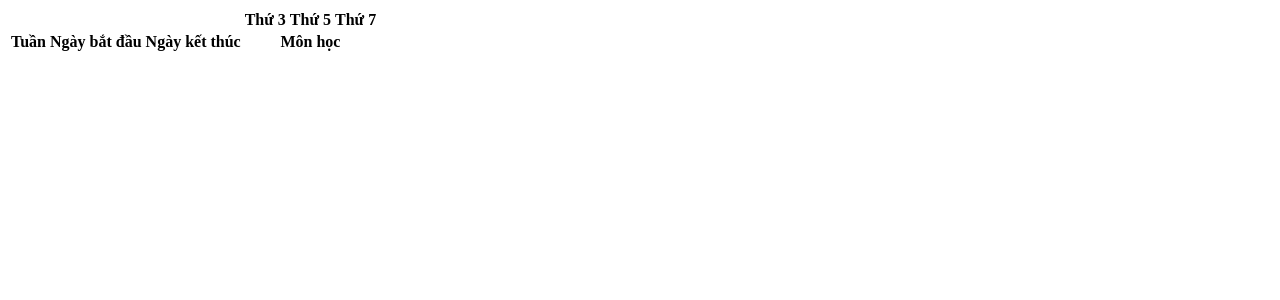
Repository: Lehuyhuynh/BT1-HTML
Page: index.html
The author's editor kept a copy of each file at every save. The page is drawn from the files as they stood at one save, then again after the next save.
The browser window is 1280 px wide. The pictures show the whole page.

Above is the page before, as saved 2023-08-06 21:05:39.

### index.html
<!DOCTYPE html>
<html lang="en">
<head>
  <meta charset="UTF-8">
  <meta name="viewport" content="width=device-width, initial-scale=1.0">
  <title>THỜI KHÓA BIỂU</title>
</head>
<body>

  <div>
    <table>
      <tr>
        <th colspan="3"></th>
        <th>Thứ 3</th>
        <th>Thứ 5</th>
        <th>Thứ 7</th>
      </tr>

      <tr>
        <th>Tuần</th>
        <th>Ngày bắt đầu</th>
        <th>Ngày kết thúc</th>
        <th colspan="3">Môn học</th>
      </tr>

      <tr>
        <td></td>
      </tr>

    </table>
  </div>

</body>
</html>

After the next save:
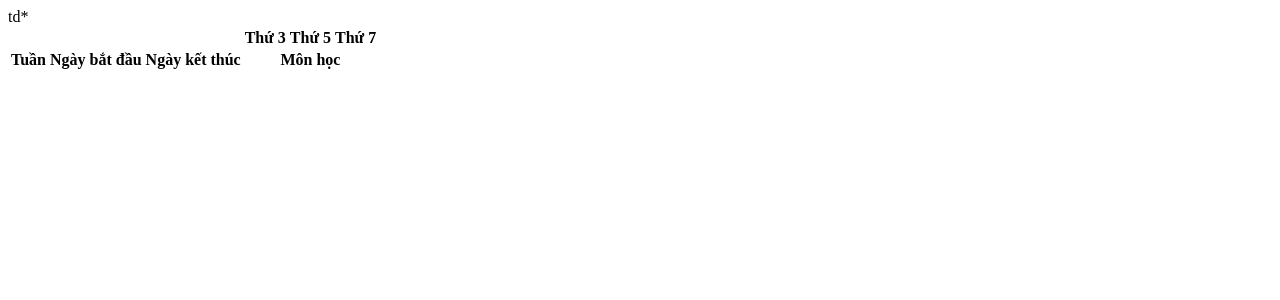
Saved 4 s later.
--- a/index.html
+++ b/index.html
@@ -24,7 +24,7 @@
       </tr>
 
       <tr>
-        <td></td>
+        td*
       </tr>
 
     </table>

After the save that followed:
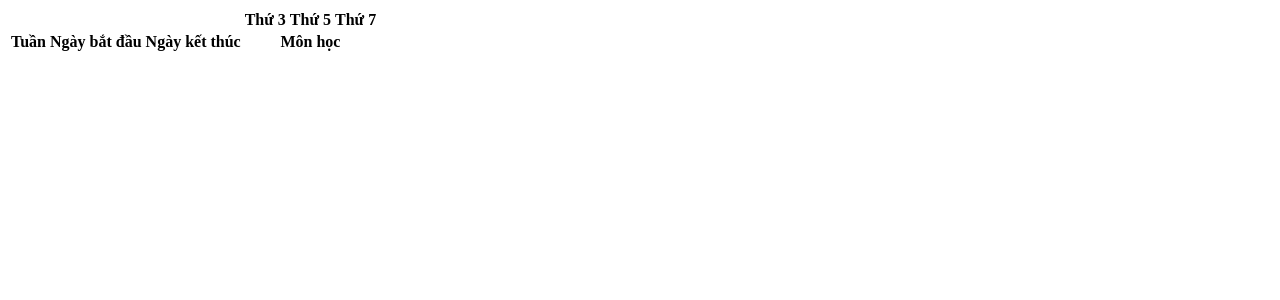
Saved 5 s later.
--- a/index.html
+++ b/index.html
@@ -24,7 +24,12 @@
       </tr>
 
       <tr>
-        td*
+        <td></td>
+        <td></td>
+        <td></td>
+        <td></td>
+        <td></td>
+        <td></td>
       </tr>
 
     </table>
